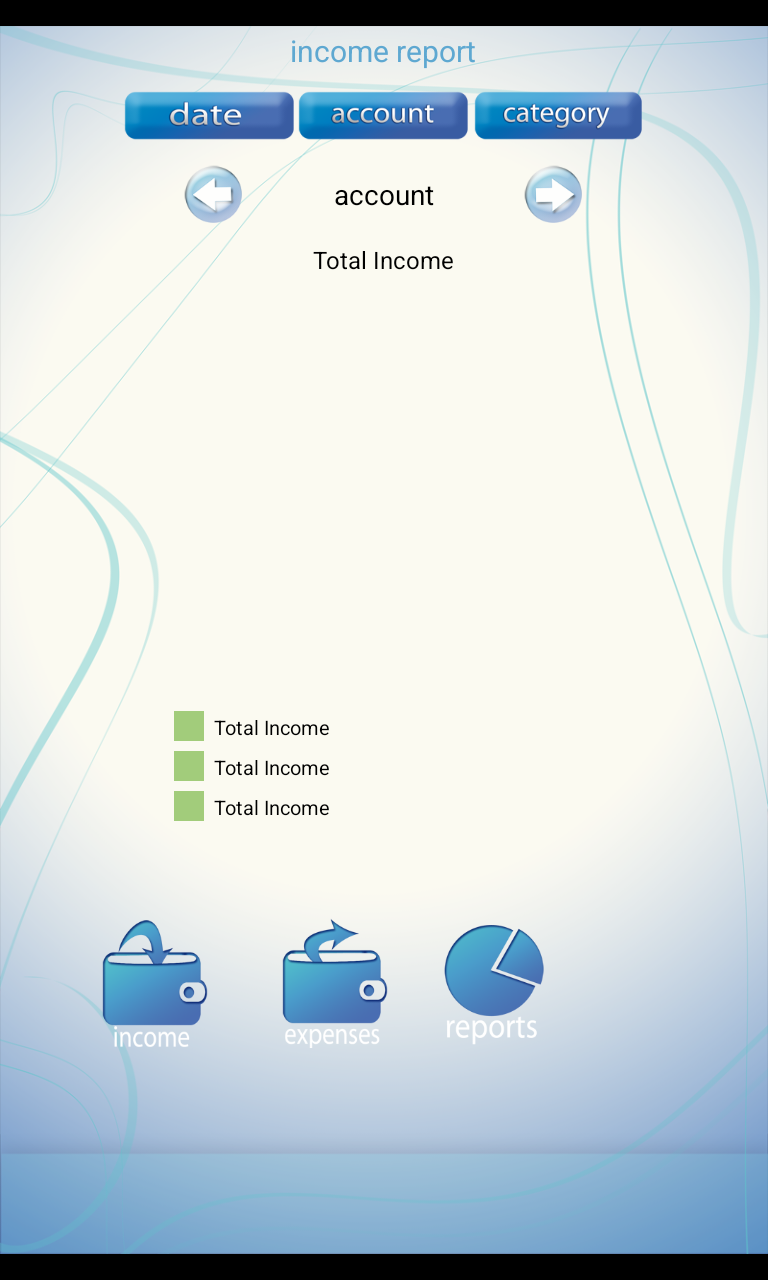
Repository: marlon-rodrigues/Nummus_Android
Layout: Nummus/res/layout/reports_screen.xml
These files come from the project's save history. The layout is drawn as it stood at one moment and after the next save; the edit follows.
It is drawn on a 768 x 1280 px phone screen (xhdpi) without system bars, with theme AppTheme; the app's code is not run. Lists and similar views that code fills are empty.

Above is the layout before, as saved 2012-08-21 15:34:07.

After the next save:
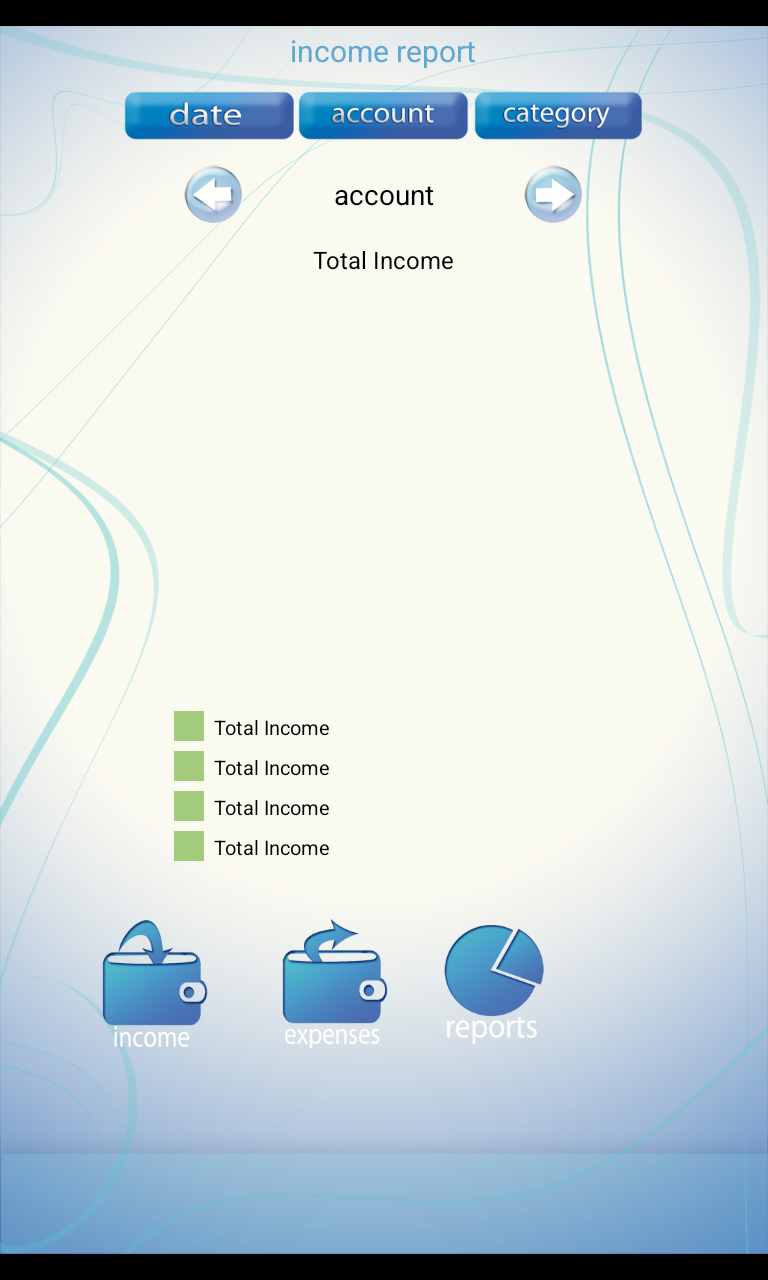
Saved 44 s later.
--- a/Nummus/res/layout/reports_screen.xml
+++ b/Nummus/res/layout/reports_screen.xml
@@ -256,6 +256,26 @@
 			        android:textColor="#000000"
 			        android:textSize="10sp" />
 
+				<ImageView
+				    android:id="@+id/imageViewIncomeGraph4"
+				    android:layout_width="15dp"
+				    android:layout_height="15dp"
+				    android:layout_alignParentBottom="true"
+				    android:layout_alignLeft="@+id/buttonLeftArrowAccounIncome"
+				    android:layout_marginBottom="10dp"
+				    android:background="#A2CC7B" />
+
+				<TextView
+			        android:id="@+id/textIncomeGraph4"
+			        android:layout_width="wrap_content"
+			        android:layout_height="wrap_content"
+			        android:layout_alignParentBottom="true"
+				    android:layout_marginLeft="45dp"
+				    android:layout_marginBottom="10dp"
+			        android:text="Total Income"
+			        android:textColor="#000000"
+			        android:textSize="10sp" />
+
 		</RelativeLayout>
 
 	</RelativeLayout>
